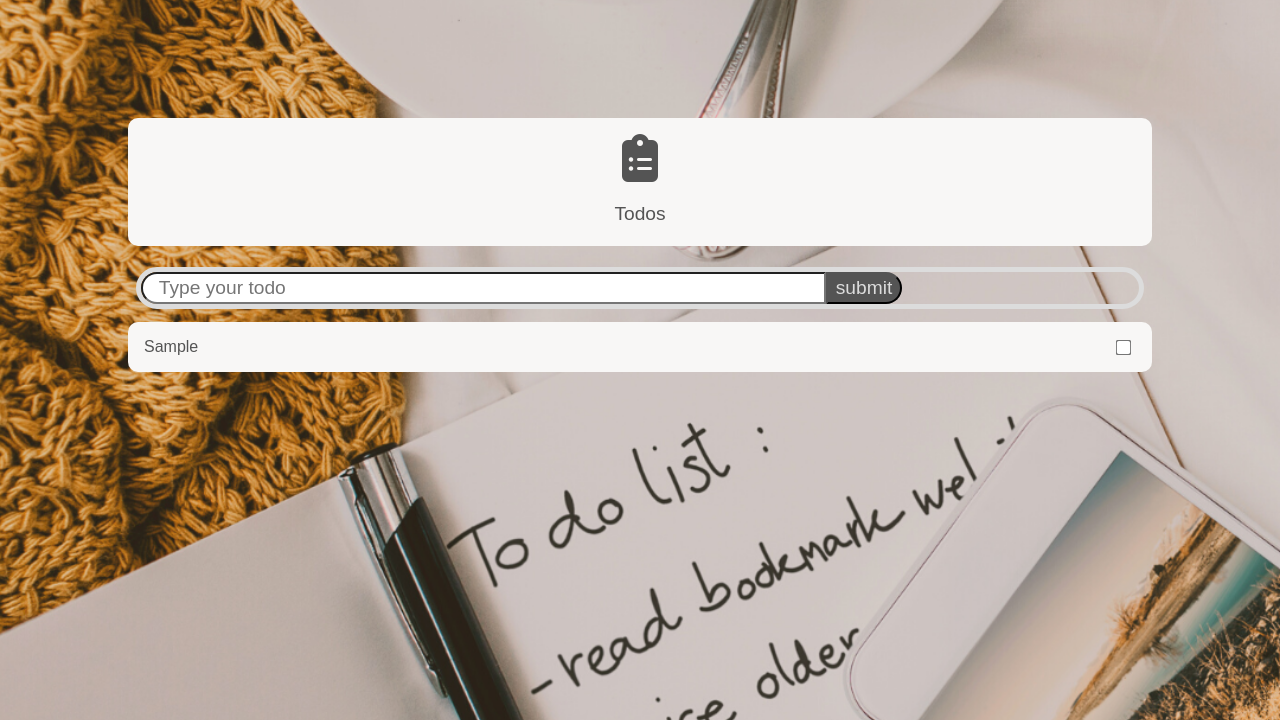
Repository: ShindanoSingi/My-Channel-Videos
Page: index.html
An editor plug-in stored every save of this project. The page is shown before and after the next save, followed by the edit.
The browser window is 1280 px wide. The pictures show the whole page.
Empty fields were first filled with sample values (such as "Sample", 5 or name@example.com).
After loading, the first visible `#submit-button` was clicked once.

Above is the page before, as saved 2023-07-18 00:28:49.
Console error: TypeError: Cannot read properties of null (reading 'addEventListener')

After the next save:
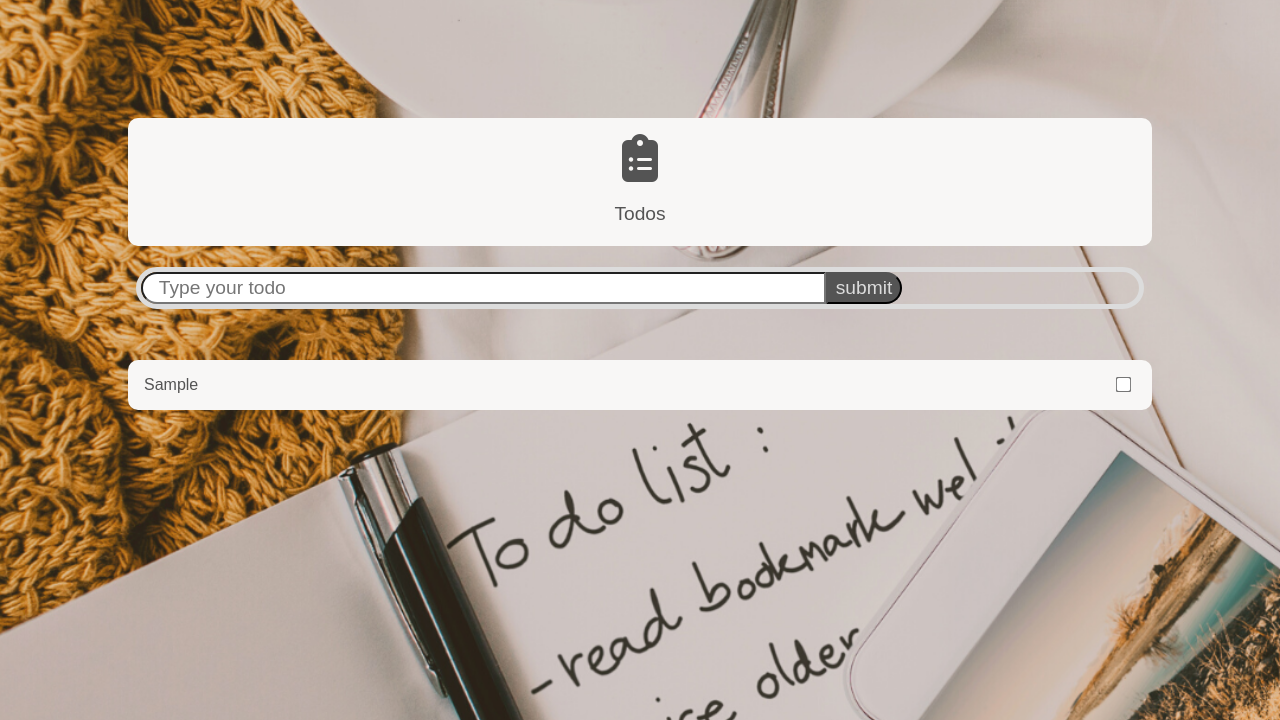
Saved 21 s later.
--- a/style.css
+++ b/style.css
@@ -131,6 +131,7 @@ div.text{
     overflow-y: scroll;
     padding-bottom: 2%;
     position: absolute;
+    top: 50%;
 }
 
 .container{
